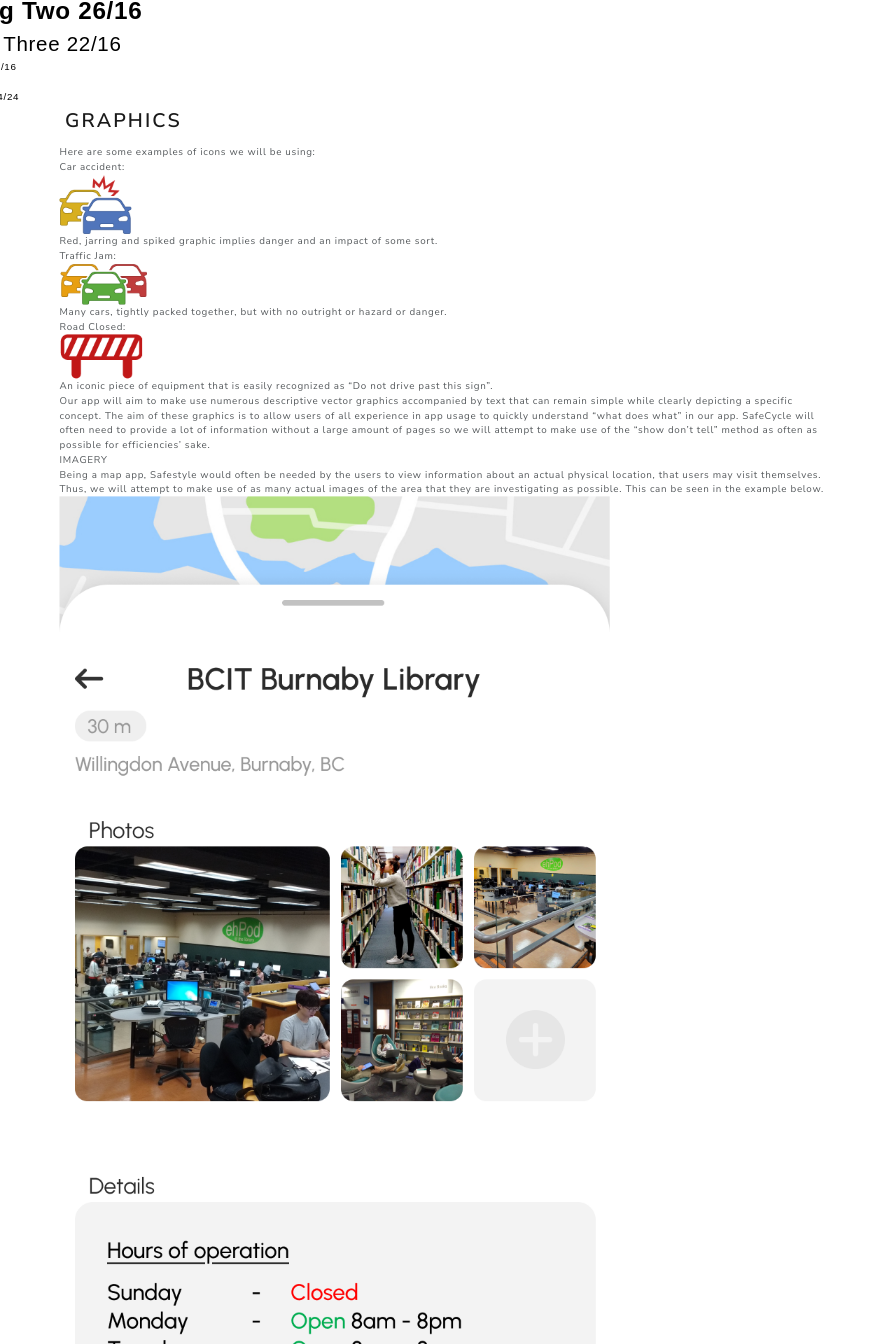
Repository: Aladdin3r/safecycle-styleguide
Page: /
These files come from the project's save history. The page is drawn as it stood at one moment and after the next save; the edit follows.
The browser window is 1280 px wide. The pictures show the part of the page from y = 2813 to 4733 px (the page is 5355 px tall before and 5383 px after), at 70% of full size.
The project was rebuilt for these pictures with package versions that can differ from the ones it lists, and the page was loaded fresh each time. The framework's server and built-in components were replaced by stand-ins that run in the browser. Also part of the build but not shown: next.config.mjs.

Above is the page before, as saved 2024-04-09 22:19:08.

After the next save:
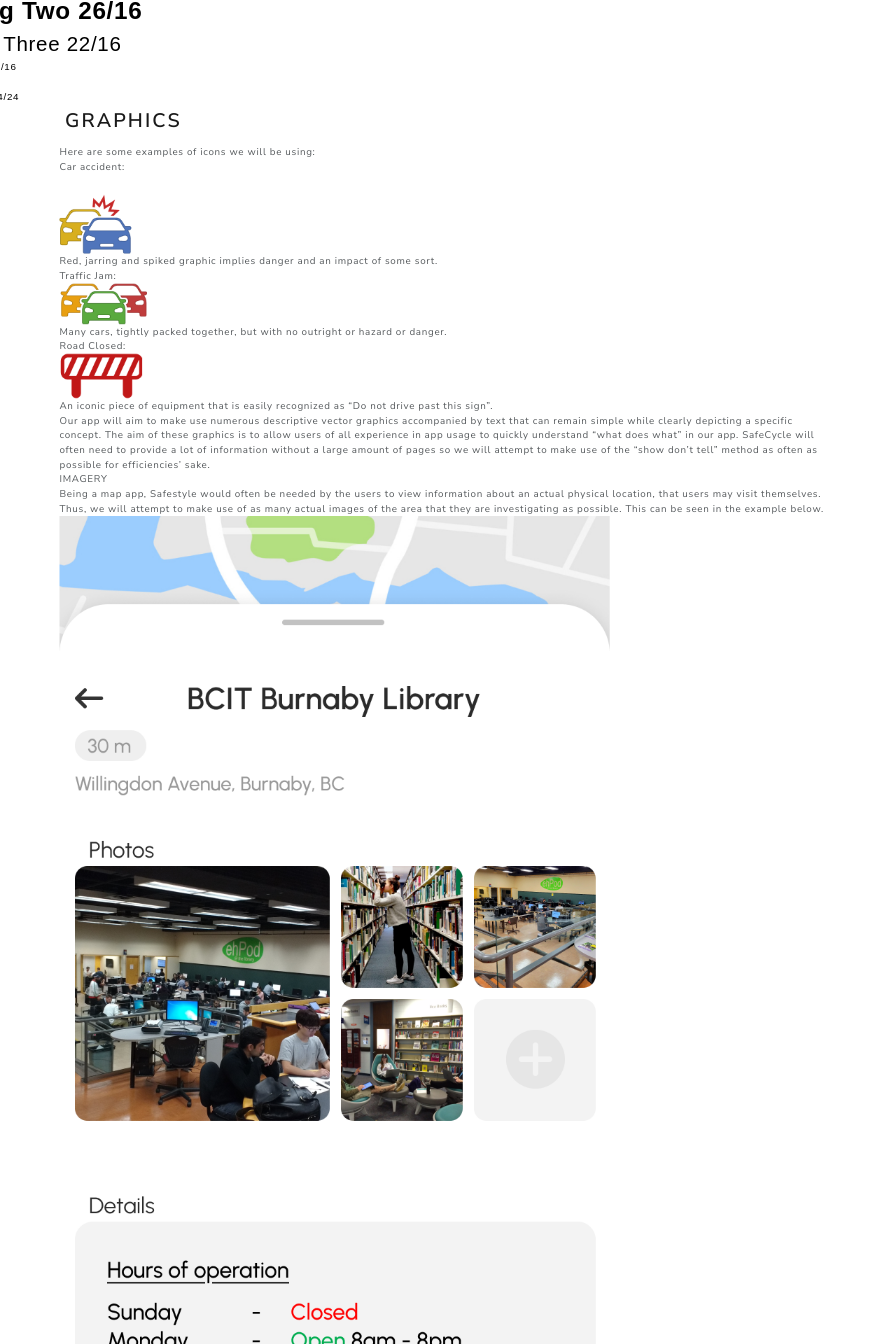
Saved 23 s later.
--- a/styles/Home.module.css
+++ b/styles/Home.module.css
@@ -63,3 +63,7 @@
   font-size: 18;
   margin-left: -14.5em;
 }
+
+.carCrash{
+  margin-top: 2em;
+}
